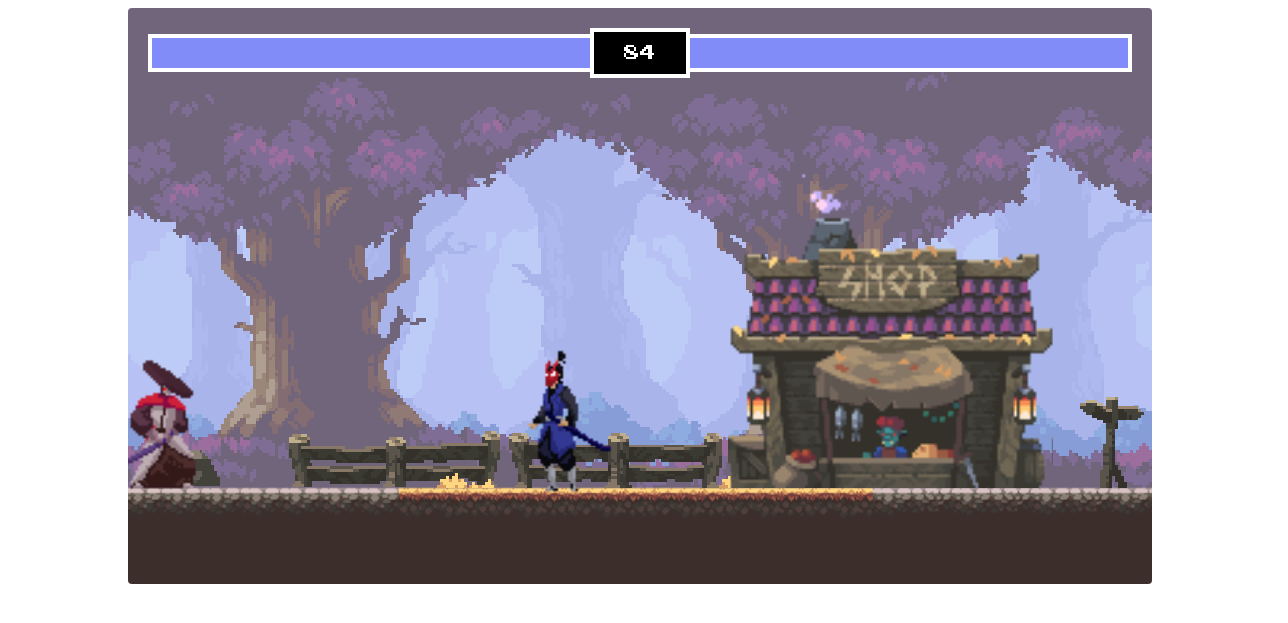
Repository: LuizAGDomingues/js-fighting-game
Page: index.html
An editor plug-in stored every save of this project. The page is shown before and after the next save, followed by the edit.
The browser window is 1280 px wide. The page is 1280 px wide, then 1288 px, so the pictures cover 1288 px, including what lies to the right of the window. The pictures show the whole page.

Above is the page before, as saved 2022-12-24 09:57:50.

After the next save:
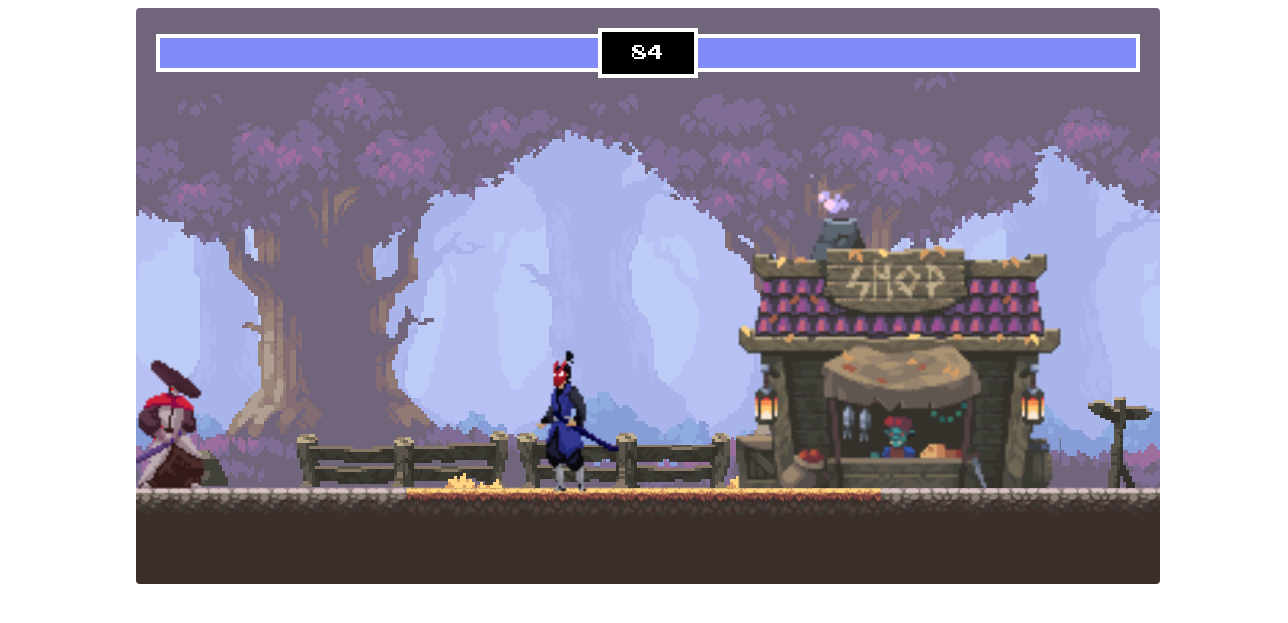
Saved 9 s later.
--- a/src/css/battle.css
+++ b/src/css/battle.css
@@ -4,7 +4,8 @@
 }
 
 body {
-  width: ;
+  width: 100%;
+  height: 100%;
   display: flex;
   align-items: center;
   justify-content: center;
